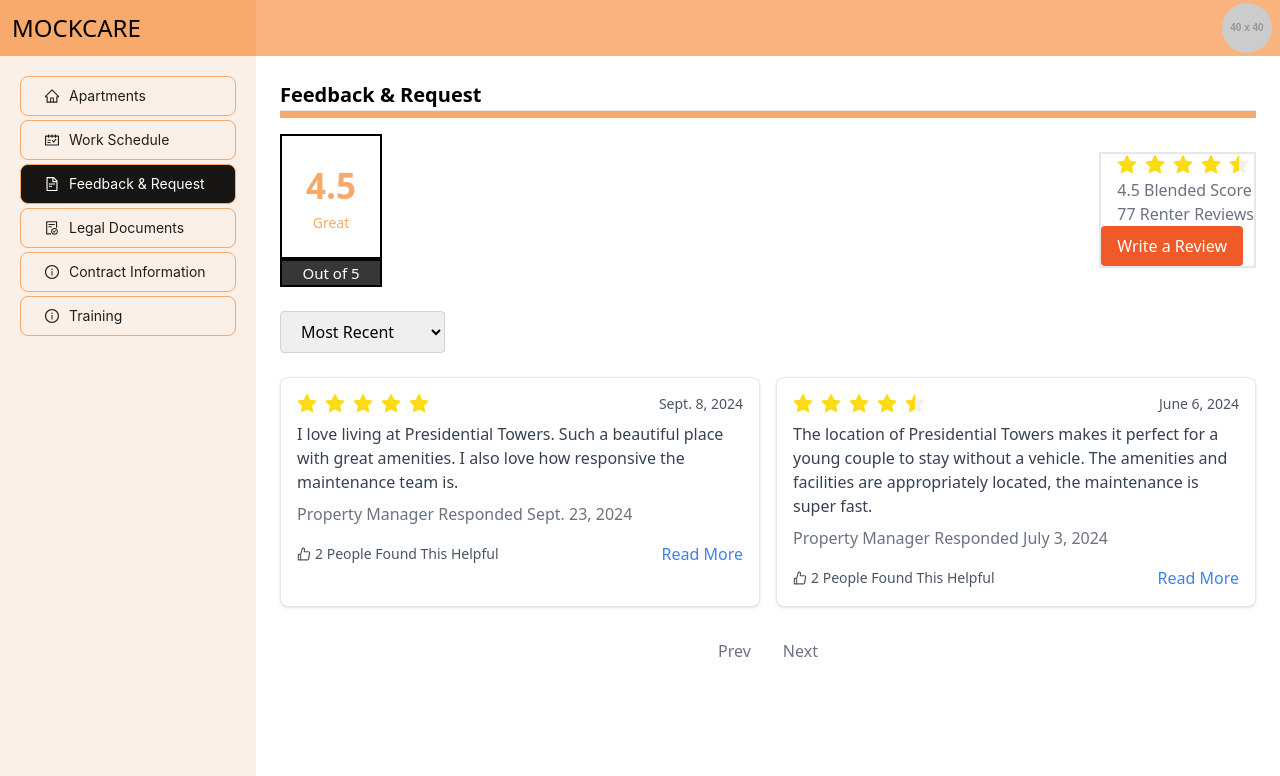
Repository: dunh-real/MockProject_102024_Nhom4
Page: / (app in frontend/)
An editor plug-in stored every save of this project. The page is shown before and after the next save, followed by the edit.
The browser window is 1280 px wide. The pictures show the whole page.
The project was rebuilt for these pictures with package versions that can differ from the ones it lists, and the page was loaded fresh each time. Also part of the build but not shown: frontend/vite.config.js, frontend/vite.config.ts, frontend/src/App.css, frontend/src/component/ReviewModal.tsx.

Above is the page before, as saved 2024-10-09 13:12:25.

### frontend/src/App.tsx

import './App.css'
import ReviewList from './pages/Feedback&Request/Feedback&Request'
// import LoginForm from './pages/Login/Login'

function App() {


  return (
    <>
      {/* <LoginForm/> */}
      <ReviewList/>
    </>
  )
}

export default App

### frontend/src/pages/Feedback&Request/Feedback&Request.tsx
import React, { useState } from 'react';
import { Rate } from 'antd'; // Dùng Antd cho Rate, có thể thay thế bằng biểu tượng của Tailwind nếu cần
import { LikeOutlined } from '@ant-design/icons';
import ReviewModal from '../../component/ReviewModal';
import Sidebar from '../../component/Sidebar';

interface Review {
    date: string;
    rating: number;
    text: string;
    managerResponse: string;
    helpfulCount: number;
}

const reviews: Review[] = [
    {
        date: 'Sept. 8, 2024',
        rating: 5,
        text: 'I love living at Presidential Towers. Such a beautiful place with great amenities. I also love how responsive the maintenance team is.',
        managerResponse: 'Property Manager Responded Sept. 23, 2024',
        helpfulCount: 2,
    },
    {
        date: 'June 6, 2024',
        rating: 4.5,
        text: 'The location of Presidential Towers makes it perfect for a young couple to stay without a vehicle. The amenities and facilities are appropriately located, the maintenance is super fast.',
        managerResponse: 'Property Manager Responded July 3, 2024',
        helpfulCount: 2,
    },
];

const ReviewList: React.FC = () => {
    const [showModal, setShowModal] = useState<boolean>(false);
    const [page, setPage] = useState<number>(1);

    const handlePageChange = (page: number) => {
        setPage(page);
    };

    const handleSortChange = (value: string) => {
        console.log(`Sort by: ${value}`);
    };

    return (
        <div className=" min-h-screen  bg-gray-50">
            <div className='flex  bg-[#f8a769d9]  justify-between items-center'>
                <div className=' bg-[#f8a769d9] p-3 w-1/5'>
                    <h1 className='text-2xl'>MOCKCARE</h1>
                </div>
                <div className="flex  justify-end">
                    <img
                        src="https://via.placeholder.com/40"
                        alt="Avatar"
                        className="rounded-full w-[50px] h-[50px] mr-2"
                    />
                </div>
            </div>
            <div className="flex">
                <Sidebar />
                <div className="w-4/5 p-6 bg-white">
                    <div className='mb-4'>
                        <h2 className='text-[20px] font-bold'>Feedback & Request</h2>
                        <hr className='h-[8px] bg-[#F8A869]' />
                    </div>
                    <div className="flex justify-between items-center mb-6">
                        <div className="flex flex-col   items-center">
                            <div className=" text-center text-[#F8A869] border-black border-2  p-6 ">
                                <div className=''>
                                    <p className="text-[35px] font-bold">4.5</p>
                                    <p className="text-sm text-[27px]">Great</p>
                                </div>

                            </div>
                            <div className="text-xs w-full border-black border-2 bg-[#000000c8]">
                                <p className='text-white p-1 text-[15px] text-center'>Out of 5</p>
                            </div>
                        </div>
                        <div className='border-2'>
                            <div className="ml-4 ">
                                <Rate allowHalf defaultValue={4.5} disabled />
                                <div className="text-gray-500">4.5 Blended Score</div>
                                <div className="text-gray-500">77 Renter Reviews</div>
                            </div>
                            <button
                                onClick={() => setShowModal(true)}
                                className="bg-[#f05a28] text-white px-4 py-2 rounded hover:bg-[#f25f30]"
                            >
                                Write a Review
                            </button>
                        </div>
                    </div>
                    <div className="mb-6 flex justify-between">
                        <select
                            onChange={(e) => handleSortChange(e.target.value)}
                            className="border border-gray-300 rounded px-4 py-2"
                        >
                            <option value="recent">Most Recent</option>
                            <option value="highest">Highest Rating</option>
                            <option value="lowest">Lowest Rating</option>
                        </select>
                    </div>
                    <div className="grid grid-cols-1 md:grid-cols-2 gap-4">
                        {reviews.slice((page - 1) * 2, page * 2).map((review, index) => (
                            <div key={index} className="p-4 border border-gray-200 rounded-lg bg-white shadow">
                                <div className="flex justify-between items-center mb-2">
                                    <Rate allowHalf defaultValue={review.rating} disabled />
                                    <span className="text-sm text-gray-600">{review.date}</span>
                                </div>
                                <p className="text-gray-700">{review.text}</p>
                                <p className="text-gray-500 mt-2">{review.managerResponse}</p>
                                <div className="flex justify-between items-center mt-4">
                                    <div className="flex items-center text-sm text-gray-600">
                                        <LikeOutlined className="mr-1" />
                                        {review.helpfulCount} People Found This Helpful
                                    </div>
                                    <button className="text-blue-500">Read More</button>
                                </div>
                            </div>
                        ))}
                    </div>
                    <div className="flex justify-center mt-6">
                        <button
                            onClick={() => handlePageChange(page - 1)}
                            className="px-4 py-2 text-gray-500"
                            disabled={page === 1}
                        >
                            Prev
                        </button>
                        <button
                            onClick={() => handlePageChange(page + 1)}
                            className="px-4 py-2 text-gray-500"
                        >
                            Next
                        </button>
                    </div>
                </div>
            </div>
            {showModal && <ReviewModal setShowModal={setShowModal} />}
        </div>
    );
};

export default ReviewList;

### frontend/src/component/Sidebar.tsx
import { Menu } from 'antd';
import { HomeOutlined, ScheduleOutlined, FileTextOutlined, FileDoneOutlined, InfoCircleOutlined } from '@ant-design/icons';

const Sidebar = () => {
  return (
    <div style={{ width: '20%', minHeight: '100vh', backgroundColor: '#FAF0E8', padding: '1rem' }}>
      <Menu
        defaultSelectedKeys={['feedback']}
        mode="inline"
        style={{ backgroundColor: '#FAF0E8', borderRight: 0 }}
      >
        <Menu.Item
          key="apartments"
          icon={<HomeOutlined />}
          style={{
            padding: '12px 24px',
            border:1, borderStyle:'solid', borderColor:'#F8A869'
          }}
        >
          Apartments
        </Menu.Item>
        <Menu.Item
          key="schedule"
          icon={<ScheduleOutlined />}
          style={{
            padding: '12px 24px',
            border:1, borderStyle:'solid', borderColor:'#F8A869'
          }}
        >
          Work Schedule
        </Menu.Item>
        <Menu.Item
          key="feedback"
          icon={<FileTextOutlined />}
          style={{
            backgroundColor: '#171615',
            color: 'white',
            padding: '12px 24px',
            border:1, borderStyle:'solid', borderColor:'#F8A869'
          }}
        >
          Feedback & Request
        </Menu.Item>
        <Menu.Item
          key="legal"
          icon={<FileDoneOutlined />}
          style={{
            padding: '12px 24px',
            border:1, borderStyle:'solid', borderColor:'#F8A869'
          }}
        >
          Legal Documents
        </Menu.Item>
        <Menu.Item
          key="contract"
          icon={<InfoCircleOutlined />}
          style={{
            padding: '12px 24px',
            border:1, borderStyle:'solid', borderColor:'#F8A869'
          }}
        >
          Contract Information
        </Menu.Item>
        <Menu.Item
          key="training"
          icon={<InfoCircleOutlined />}
          style={{
            padding: '12px 24px',
            border: 1, borderStyle: 'solid', borderColor: '#F8A869'
          }}
        >
          Training
        </Menu.Item>
      </Menu>
    </div>
  );
};

export default Sidebar;

Loaded but not shown: frontend/index.html (common file); frontend/src/main.jsx (common file); frontend/src/index.css (common file); frontend/tailwind.config.js (common file)

After the next save:
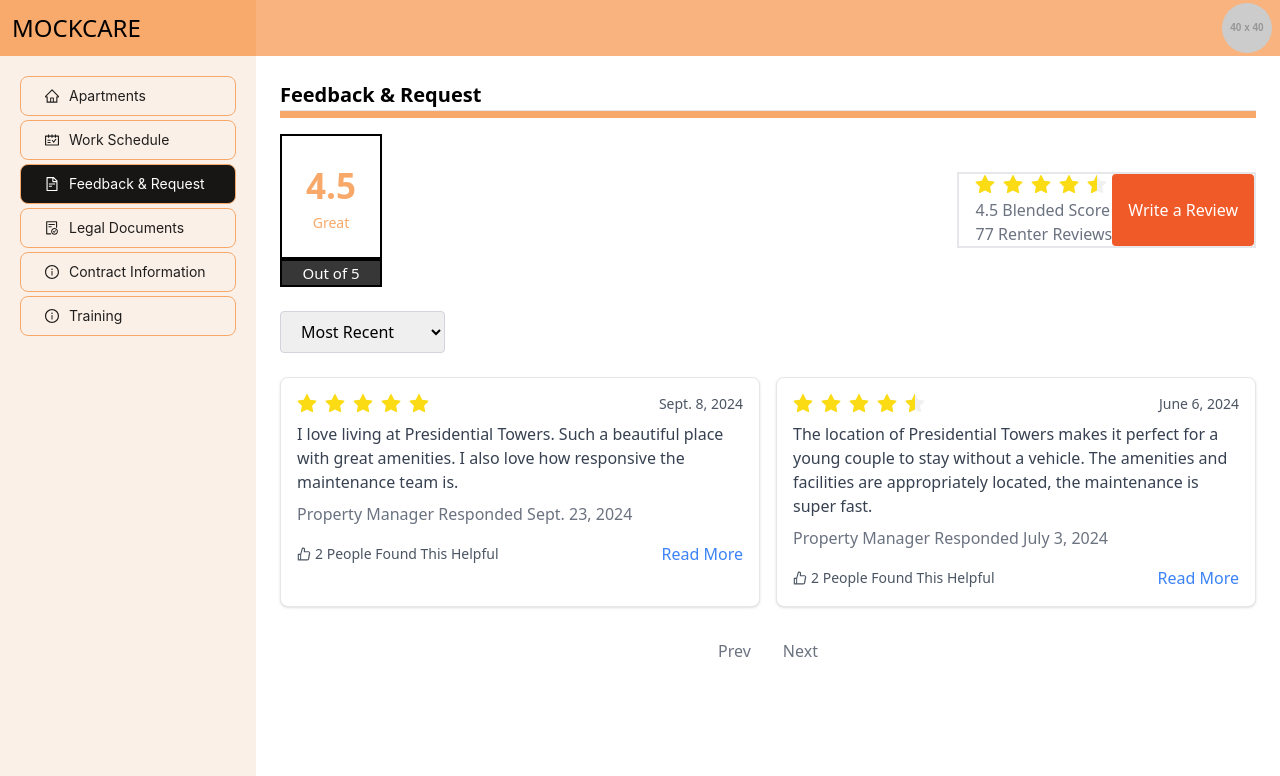
Saved 10 s later.
--- a/frontend/src/pages/Feedback&Request/Feedback&Request.tsx
+++ b/frontend/src/pages/Feedback&Request/Feedback&Request.tsx
@@ -75,7 +75,7 @@ const ReviewList: React.FC = () => {
                                 <p className='text-white p-1 text-[15px] text-center'>Out of 5</p>
                             </div>
                         </div>
-                        <div className='border-2'>
+                        <div className='border-2 flex'>
                             <div className="ml-4 ">
                                 <Rate allowHalf defaultValue={4.5} disabled />
                                 <div className="text-gray-500">4.5 Blended Score</div>
